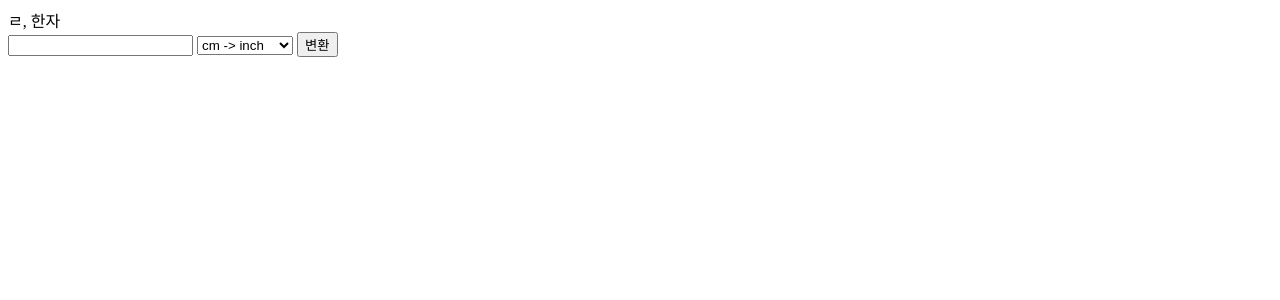
Repository: JooGit12/JavaJSP
Page: May08_3_MVCPattern/May18_2_JSP/src/main/webapp/ucInput.html
The author's editor kept a copy of each file at every save. The page is drawn from the files as they stood at one save, then again after the next save.
The browser window is 1280 px wide. The pictures show the whole page.

Above is the page before, as saved 2023-05-18 05:49:58.

After the next save:
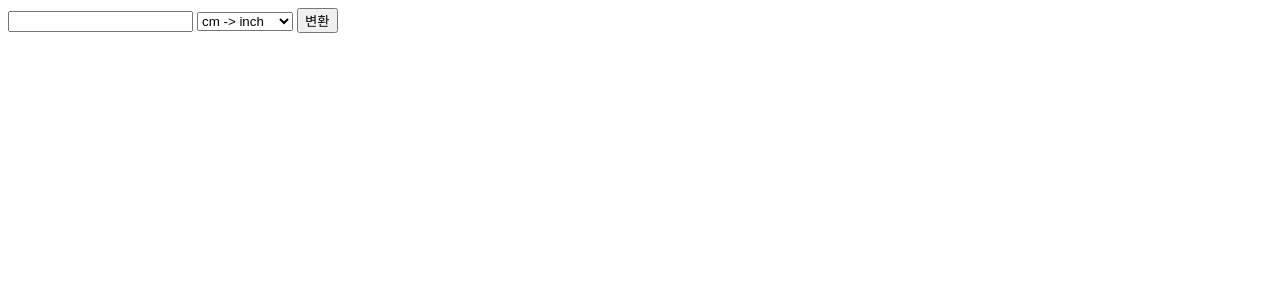
Saved 7 s later.
--- a/May08_3_MVCPattern/May18_2_JSP/src/main/webapp/ucInput.html
+++ b/May08_3_MVCPattern/May18_2_JSP/src/main/webapp/ucInput.html
@@ -5,7 +5,6 @@
 <title>Insert title here</title>
 </head>
 <body>
-	ㄹ, 한자
 	<form action="ucOutput.jsp">
 		<input name="no">
 		<select name="what">
